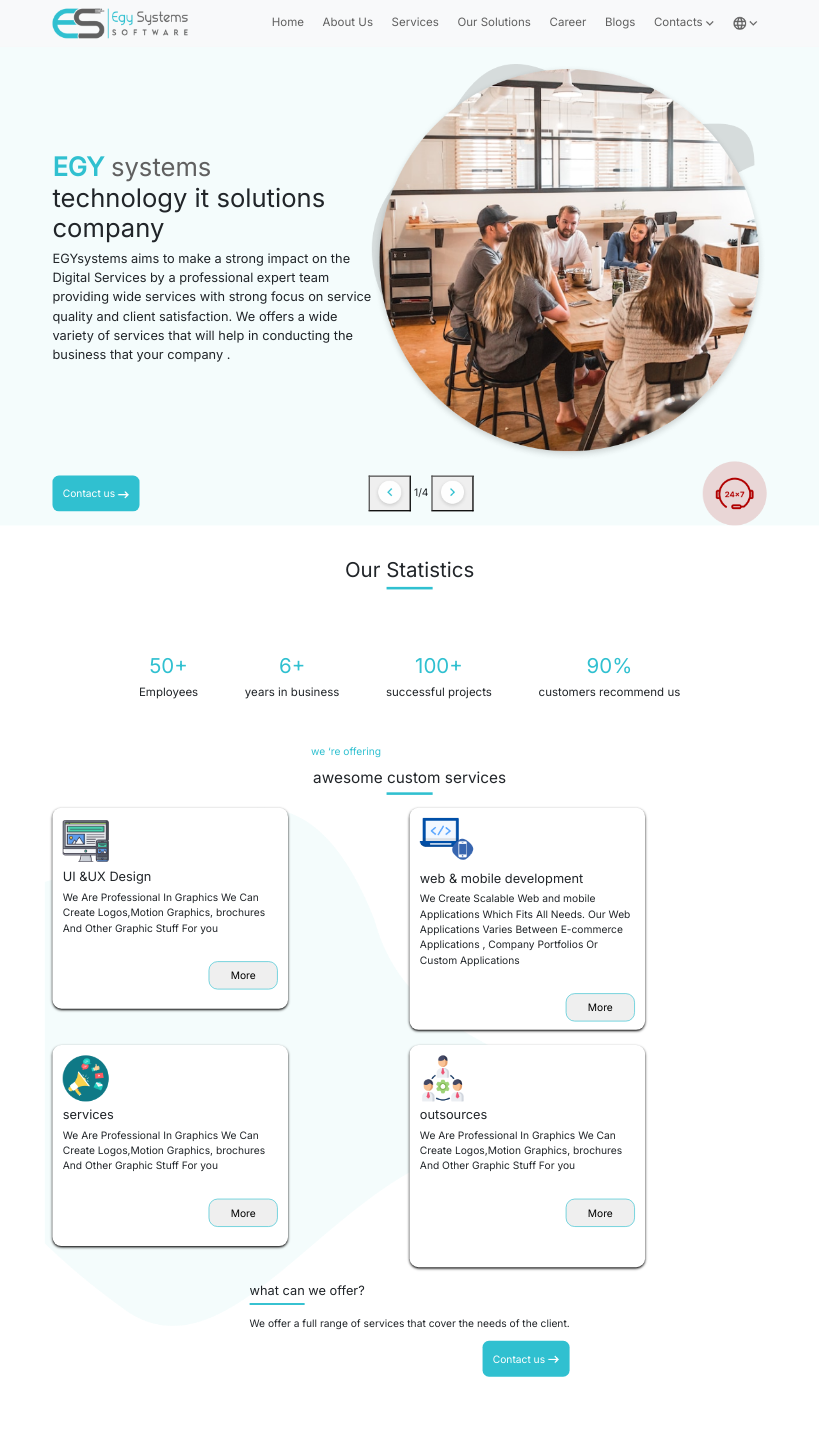
Repository: hamdyAbdelazeim/Egysystem-Home
Page: index.html
These files come from the project's save history. The page is drawn as it stood at one moment and after the next save; the edit follows.
The browser window is 1280 px wide. The pictures show the whole page, at 64% of full size.

Above is the page before, as saved 2023-07-13 13:42:27.

After the next save:
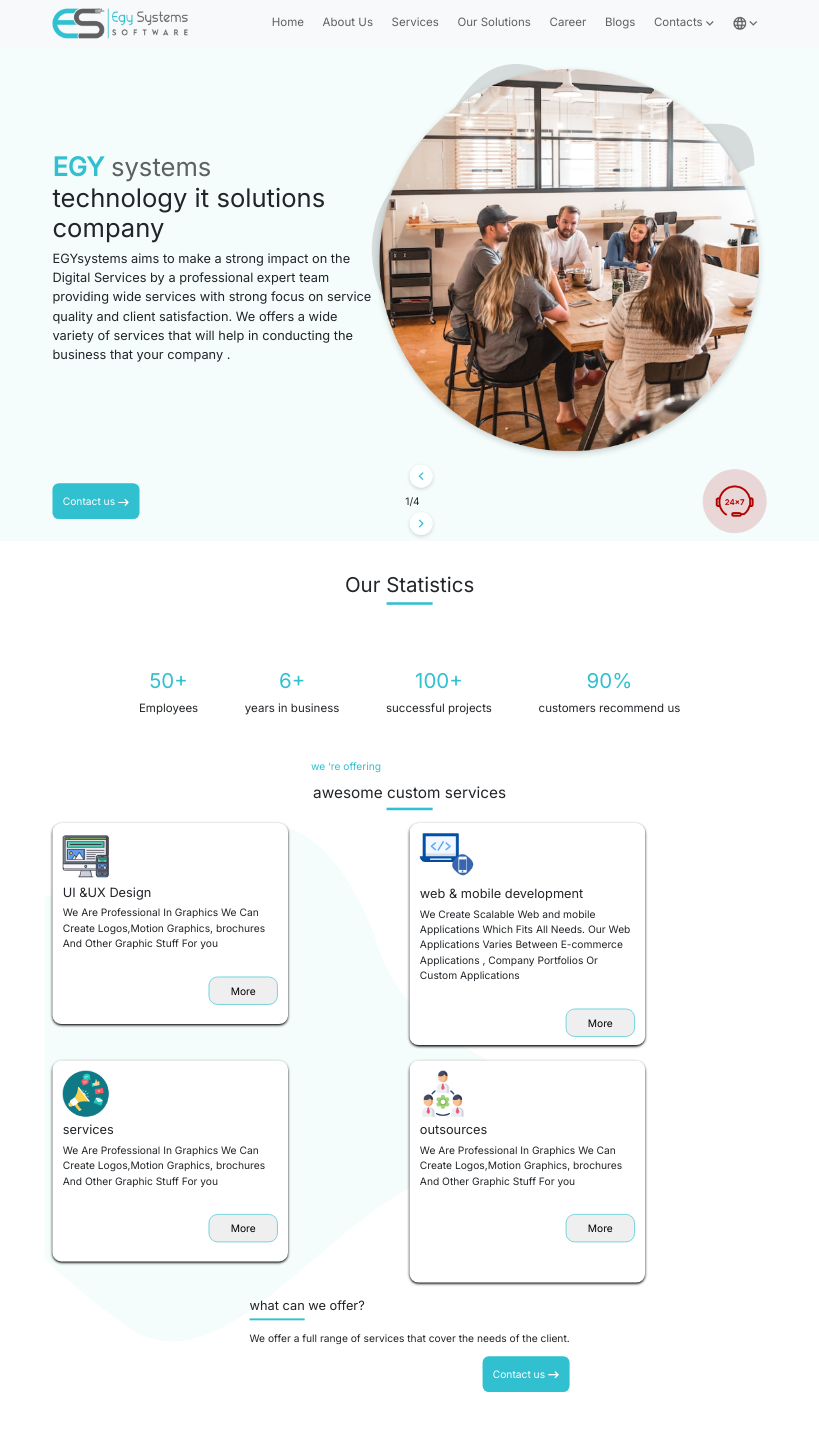
Saved 25 s later.
--- a/index.html
+++ b/index.html
@@ -106,13 +106,13 @@
           Contact us <img src="/assets/Vector (right).png" alt="" />
         </button>
         <div>
-          <button>
+          <div>
             <img src="/assets/slider-left.png" alt="" />
-          </button>
+          </div>
           <span>1/4</span>
-          <button>
+          <div>
             <img src="/assets/slider-right.png" alt="" />
-          </button>
+          </div>
         </div>
         <img src="/assets//chat.png" alt="chat" />
       </div>
